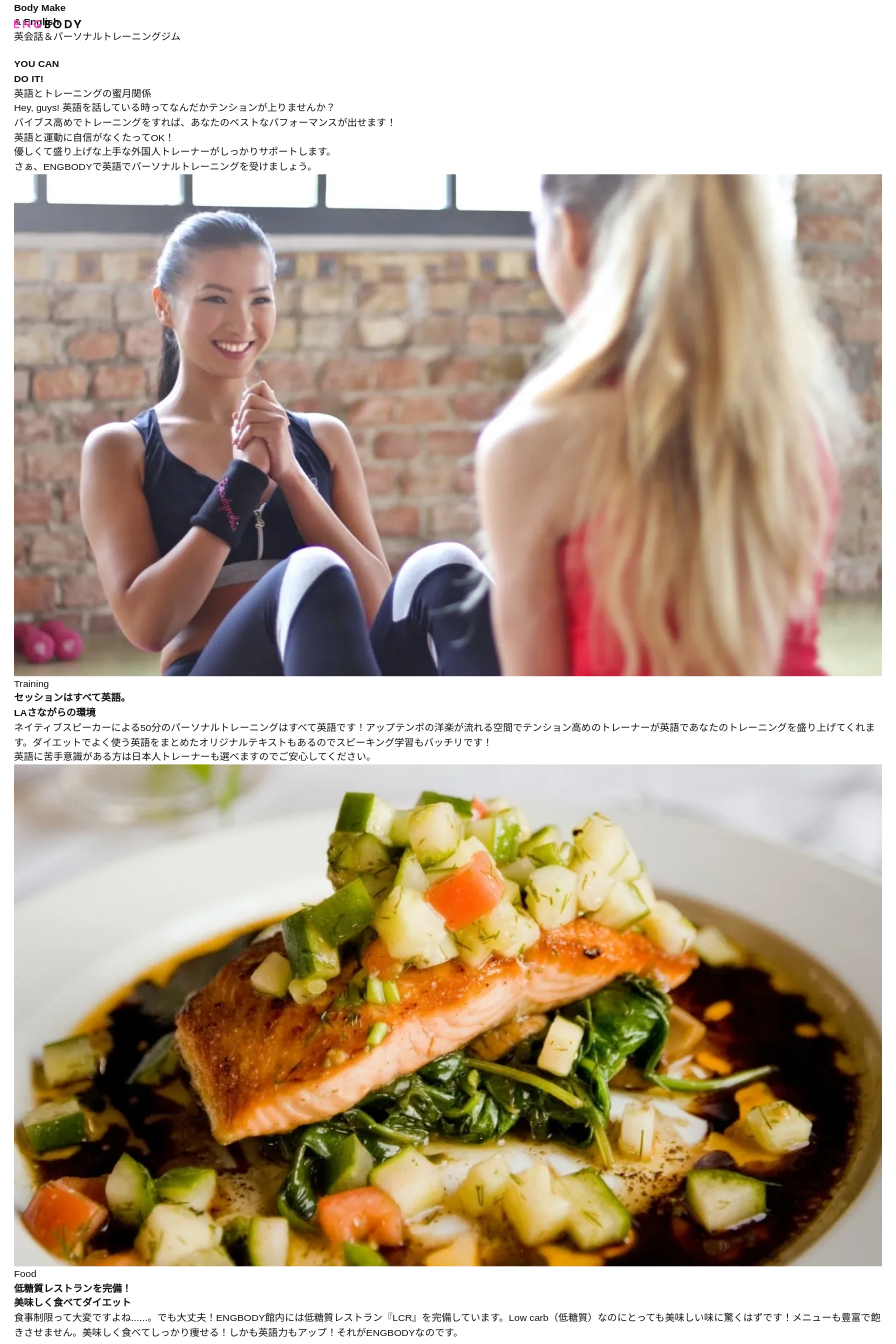
Repository: tetishi/engbody
Page: index.html
An editor plug-in stored every save of this project. The page is shown before and after a run of saves, followed by the edit.
The browser window is 1280 px wide. The pictures show the part of the page from y = 0 to 1920 px (the page is 11959 px tall), at 70% of full size.
The style sheet was rebuilt from its Sass, Less or Tailwind sources for each picture, by a compiler version that may differ from the author's.

Above is the page before, as saved 2023-07-25 16:34:23.

After the next 3 saves:
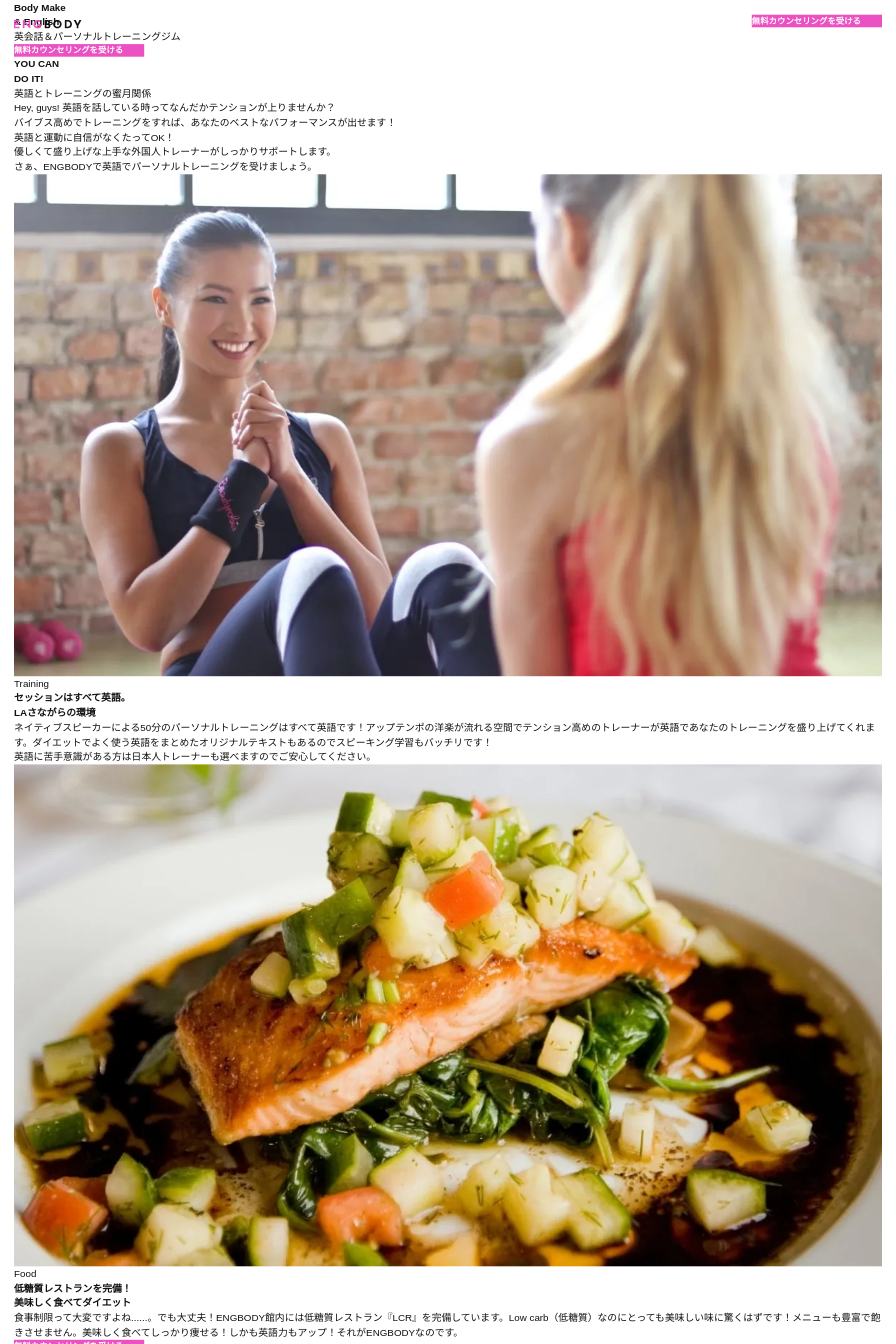
The 3 saves are shown as one change because 1 did not build or start and some came seconds apart.
The last was saved 34 s later.
--- a/css/style.scss
+++ b/css/style.scss
@@ -59,4 +59,5 @@ a {
     color: #fff;
     font-size: 1.2rem;
     width: 186px;
+    background-color: #EB51C2;
 }
